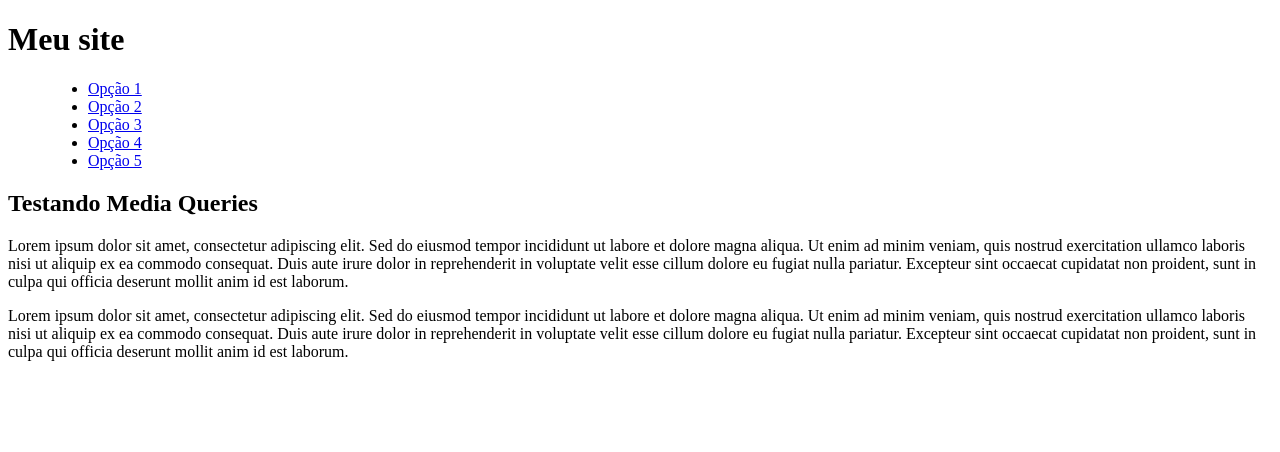
Repository: Sandro1969-tech/menu-hamburger
Page: index.html
These files come from the project's save history. The page is drawn as it stood at one moment and after a run of saves; the edit follows.
The browser window is 1280 px wide. The pictures show the whole page.

Above is the page before, as saved 2025-12-25 17:47:45.

After the next 2 saves:
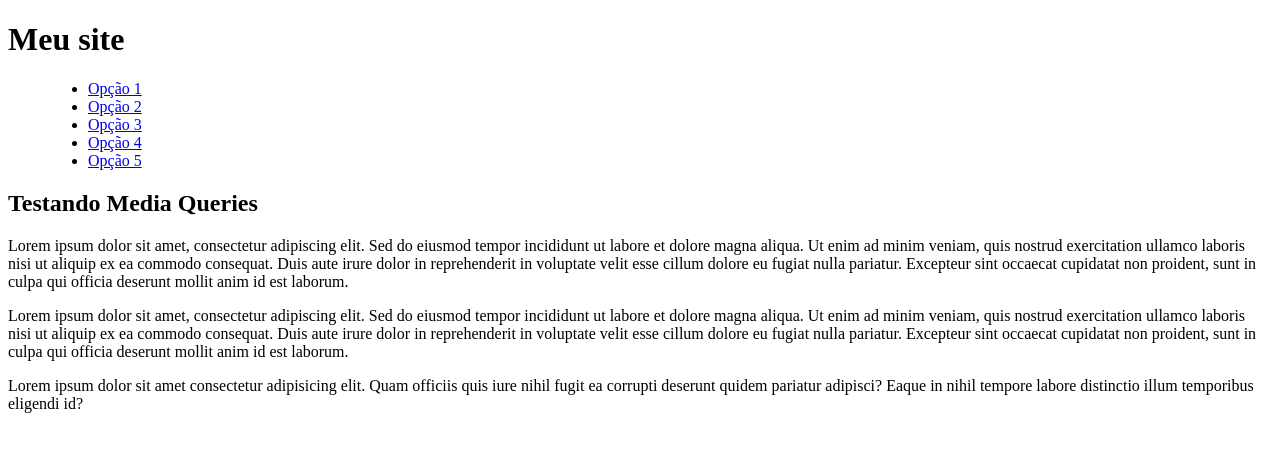
The 2 saves are shown as one change because they came seconds apart.
The last was saved 8 s later.
--- a/index.html
+++ b/index.html
@@ -22,7 +22,7 @@
                     <h2>Testando Media Queries</h2>
                     <p>Lorem ipsum dolor sit amet, consectetur adipiscing elit. Sed do eiusmod tempor incididunt ut labore et dolore magna aliqua. Ut enim ad minim veniam, quis nostrud exercitation ullamco laboris nisi ut aliquip ex ea commodo consequat. Duis aute irure dolor in reprehenderit in voluptate velit esse cillum dolore eu fugiat nulla pariatur. Excepteur sint occaecat cupidatat non proident, sunt in culpa qui officia deserunt mollit anim id est laborum.</p>
                     <p>Lorem ipsum dolor sit amet, consectetur adipiscing elit. Sed do eiusmod tempor incididunt ut labore et dolore magna aliqua. Ut enim ad minim veniam, quis nostrud exercitation ullamco laboris nisi ut aliquip ex ea commodo consequat. Duis aute irure dolor in reprehenderit in voluptate velit esse cillum dolore eu fugiat nulla pariatur. Excepteur sint occaecat cupidatat non proident, sunt in culpa qui officia deserunt mollit anim id est laborum.</p>
-                    <p> </p>
+                    <p> Lorem ipsum dolor sit amet consectetur adipisicing elit. Quam officiis quis iure nihil fugit ea corrupti deserunt quidem pariatur adipisci? Eaque in nihil tempore labore distinctio illum temporibus eligendi id?</p>
                 </article>
     </main>
   </header>
